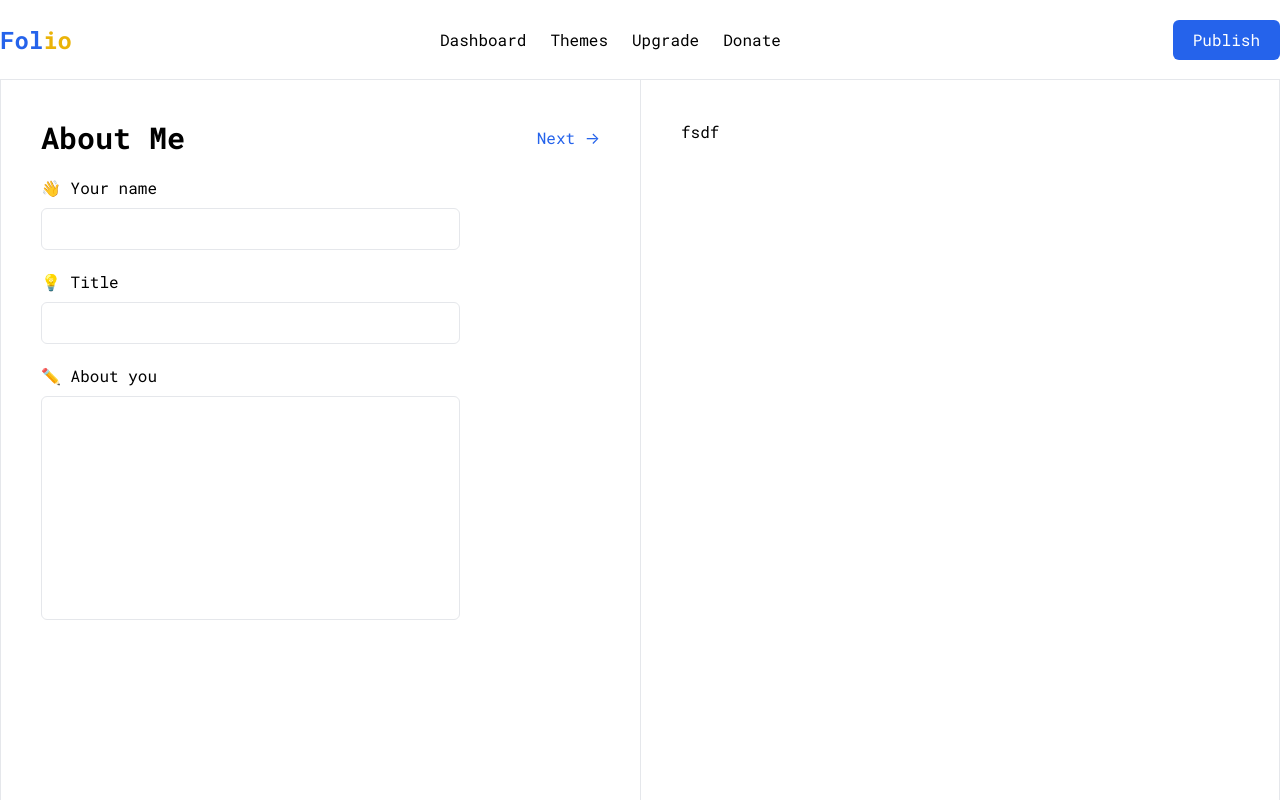
Repository: langford-dev/follio
Page: /
These files come from the project's save history. The page is drawn as it stood at one moment and after a run of saves; the edit follows.
The browser window is 1280 px wide. The pictures show the whole page.
The project was rebuilt for these pictures with package versions that can differ from the ones it lists, and the page was loaded fresh each time. The framework's server and built-in components were replaced by stand-ins that run in the browser. Also part of the build but not shown: next.config.js.

Above is the page before, as saved 2022-03-19 11:09:00.

After the next 2 saves:
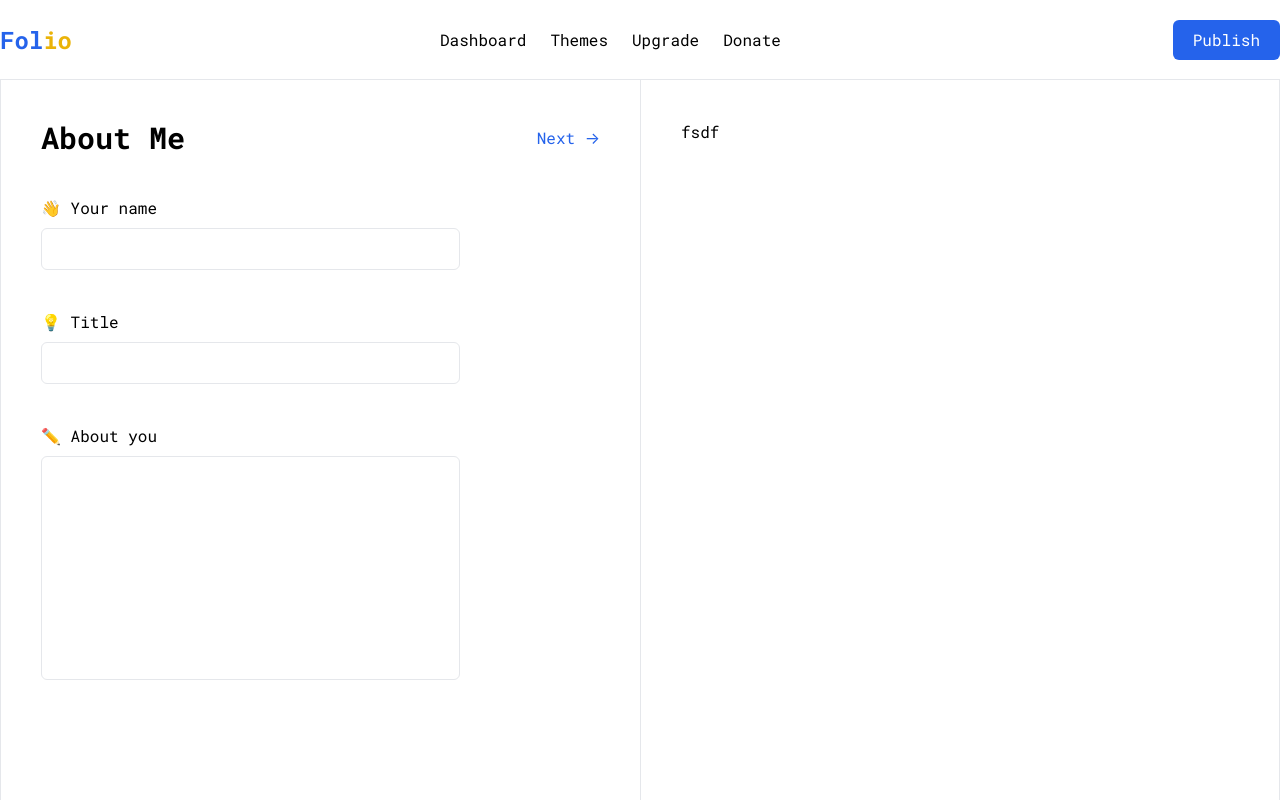
The 2 saves are shown as one change because they came seconds apart.
The last was saved 22 s later.
--- a/components/body.js
+++ b/components/body.js
@@ -6,7 +6,7 @@ const styles = {
     flexView: `flex h-screen`,
     editingView: `w-1/2 p-10 border-l`,
     preview: `border-l w-1/2 p-10 border-r`,
-    inputContainer: `flex flex-col mt-5`,
+    inputContainer: `flex flex-col mt-10`,
     input: `border p-2 outline-none mt-2 w-9/12 rounded-md`,
     textArea: `border p-2 outline-none mt-2 w-9/12 rounded-md resize-none h-56`,
     label: ``,
